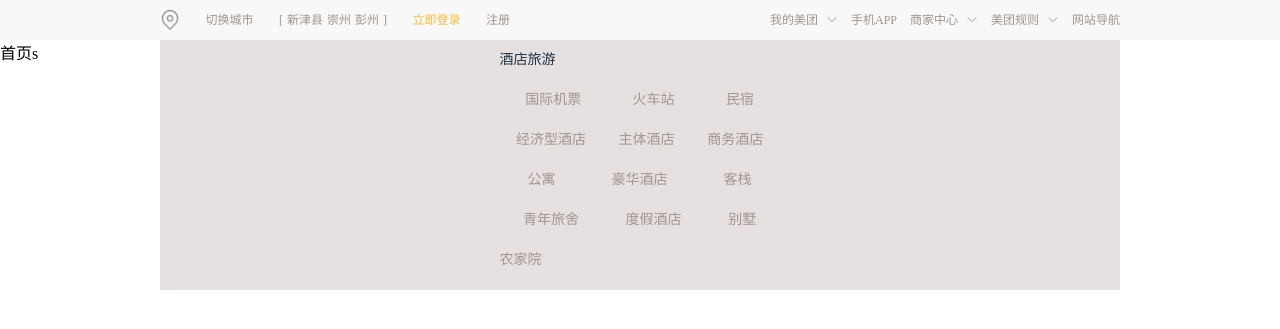
Repository: Wu-Tong-Xian/EasyMeituan
Page: /
The author's editor kept a copy of each file at every save. The page is drawn from the files as they stood at one save, then again after the next save.
The browser window is 1280 px wide. The pictures show the whole page.
The page's requests for data from a server got no answer. The project was rebuilt for these pictures with package versions that can differ from the ones it lists, and the page was loaded fresh each time. No one was signed in, and anything a server would have sent is missing. Also part of the build but not shown: vue.config.js.

Above is the page before, as saved 2020-08-20 15:46:33.

After the next save:
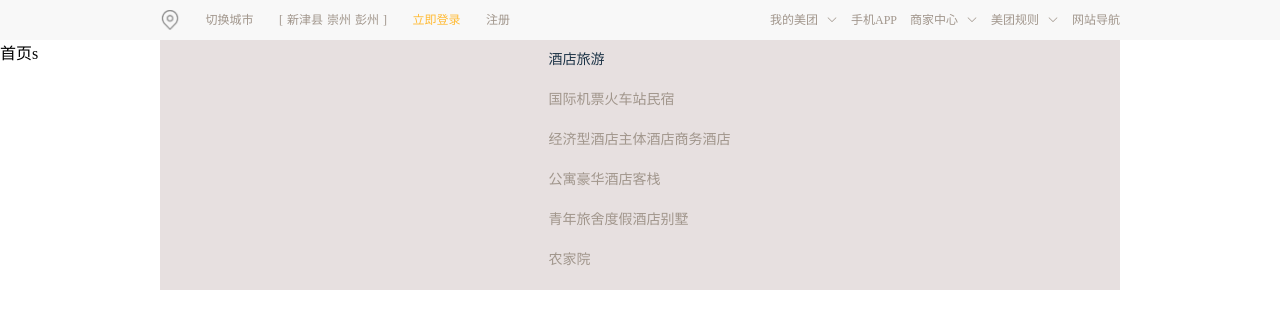
Saved 29 s later.
--- a/src/views/layout/layout.vue
+++ b/src/views/layout/layout.vue
@@ -197,7 +197,7 @@
   background: rgb(231, 224, 224);
 }
 .box1 {
-  justify-content: space-around;
-  width: 280px;
+
+
 }
 </style>
